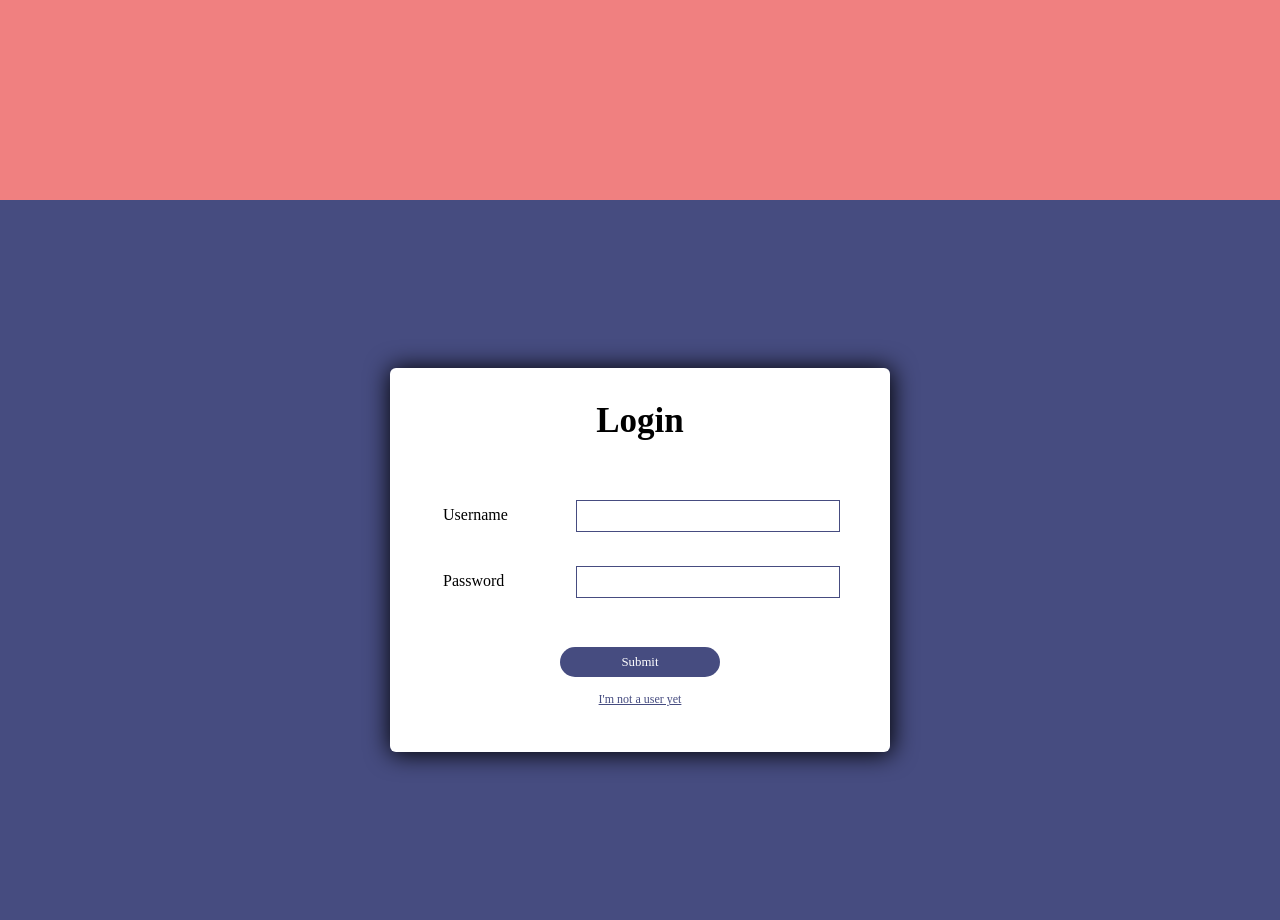
Repository: ivanmirandastavenuiter/jsp-raw-crud
Page: http://localhost/CH33TZ/index.jsp
An editor plug-in stored every save of this project. The page is shown before and after the next save, followed by the edit.
The browser window is 1280 px wide. The pictures show the whole page.
Some web fonts or font styles are not loaded; a fallback is used. The page is served by Tomcat 9. Other server files are loaded and not shown.

Above is the page before, as saved 2020-05-12 14:37:16.

### CH33TZ/WebContent/index.jsp
<%@ page language="java" contentType="text/html; charset=UTF-8"
    pageEncoding="UTF-8" %>
<%@ page import="java.sql.Statement" %>
<%@ page import="java.sql.ResultSet" %>
<%@ page import="java.sql.DriverManager" %>
<%@ page import="java.sql.Connection" %>
<%@ page import="java.sql.PreparedStatement" %>
<%@ page import="java.util.logging.Logger" %>
<%@ page import="java.util.Map, java.util.HashMap" %>
<%@ page import="java.util.Collection" %>
<%@ page import="java.util.Set" %>
<%@ page import="java.util.Set" %>
<%@ taglib uri = "http://java.sun.com/jsp/jstl/core" prefix = "c" %>
<!DOCTYPE html>
<html>
<head>
<meta charset="UTF-8">
<title>Login</title>
<link href="https://fonts.googleapis.com/css?family=Merriweather&display=swap" rel="stylesheet">
<script type="module" src="Validations/ValidationLogin.mjs"></script>
<style>

	body {
		background: #464c80;
		margin: 0;
		padding: 0;
		height: 100vh;
		width: 100vw;
		font-size: 62.5%; /* This is equivalent to 10px */
		font-family: 'Merriweather', serif;
	}

	div.main-container-div {
		height: 100%;
	}

	div.register-result-container {
		height: 200px;
		background: lightcoral;
	}

	div.main-content-div {
		height: 100%;
		display: flex;
		justify-content: center;
		align-items: center;
	}

	div.form-container-div {
		border-radius: 6px;
		background: #fff;
		width: 500px;
		box-shadow: 1px 1px 25px 1px #000;
	}

	div.form-container-div form {
		padding: 10px 30px 30px 30px;
		font-size: 1.6em;
	}

	div.form-container-div .login-div {
		padding: 10px;
		text-align: center;
		border-radius: 5px 5px 0 0;
	}

	div.user-not-found-div {
		width: 400px;
		margin: 0 auto;
		opacity: 0; /* To 1 */
		transition: opacity .5s linear;
		font-size: 1.6em;
		height: 0; /* To auto */
	}

	p.user-not-found {
		margin: 0 auto;
		padding: 0; /* To 5 */
		width: 63%;
		font-size: .7em;
		border: 1px solid #e21010;
		color: #e21010;
		text-align: center;
		height: 0; /* To auto */
	}

	div.form-container-div .login-div h1 {
		font-size: 3.5em;
	}

	/* Inside form-container-div */

	.inputs-group-div {
		padding: 15px;
	}

	.inputs-group-div .input-div {
		width: 400px;
		display: flex;
		justify-content: space-between;
		align-items: center;
		margin: 0 auto;
	}

	.inputs-group-div .input-div .form-input {
		width: 63%;
		height: 20px;
		font-family: inherit;
		font-size: .8em;
		outline: none;
		border: 1px solid #464c80;
		padding: 5px;
	}

	.inputs-group-div div[class$="wrong-validation-div"] {
		display: flex;
		justify-content: flex-end;
		width: 400px;
		margin: 0 auto;
		opacity: 0;
		transition: opacity .5s linear;
	}

	.inputs-group-div div[class$="wrong-validation-div"] p {
		width: 63%;
		padding: 5px;
		font-size: .7em;
		border: 1px solid #e21010;
		color: #e21010;
	}

	.inputs-group-div .input-div label {
		height: 20px;
		padding: 3px;
	}

	.inputs-group-div .input-div .submit-btn {
		font-family: inherit;
		font-size: .8em;
		margin: 15px auto 5px auto;
		width: 40%;
		padding: 5px;
		color: #fff;
		background: #464c80;
		border-radius: 20px;
		height: 30px;
		border: none;
		transition: background-color .3s linear;
		outline: none;
	}

	.inputs-group-div .register-link-div {
		text-align: center;
	}

	.inputs-group-div .register-link-div span {
		font-size: 0.75em;
		display: block;
		margin-top: 10px;
	}

	.inputs-group-div .register-link-div span a {
	  	color: #464c80 !important;
	}

	/* Buttons, boxes and links interactions */

	.inputs-group-div .input-div .submit-btn:hover {
		background:#666dad;
	}

	.inputs-group-div .input-div .submit-btn:active {
		background: #272b50;
		transition: none;
		border: 1.5px solid #bfc4fd;
	}

	.inputs-group-div .input-div .form-input:focus {
		background: #d1d8f1;
		border: 1px solid #000;
	}

	.inputs-group-div .form-input:-internal-autofill-selected {
		background-color: #d1d8f1 !important;
		border: 1px solid #000 !important;
	}

	.inputs-group-div .input-div .submit-btn:focus {
		background: #272b50;
		transition: none;
		border: 1.5px solid #bfc4fd;
	}

	.inputs-group-div .register-link-div span a:visited,
	.inputs-group-div .register-link-div span a:active {
		color: inherit;
	}

</style>
</head>
<body>

	<c:set var = "contextPath" value="${pageContext.request.contextPath}" />

	<%

		Logger logger = Logger.getLogger(com.ch33tz.logger.JspLogger.class.getName());

		if (request.getMethod().equals("POST") && !(boolean)request.getAttribute("errors")) {

			logger.info("Starting validation on target page.");
			logger.info("POST request detected on target page. Applying validation against input data.");

			//Validation of the user input
			String username = request.getParameter("username");
			String password = request.getParameter("pass");
			String contextPath = "/";
			boolean validation = true;

			try {

				username = username != null ? username.trim() : null;
				password = password != null ? password.trim() : null;

				if (username == null || username.isEmpty()
						|| password == null || password.isEmpty()) {

					logger.info("Errors detected on target page. Proceeding to generate errors");

					Cookie usernameCookieError = null;
					Cookie passwordCookieError = null;

					if (username == null || username.isEmpty()) {
						logger.warning("Bad input for username. Populating cookie");
						usernameCookieError = new Cookie("username", "username");
						usernameCookieError.setMaxAge(1);
						response.addCookie(usernameCookieError);
						validation = false;
					}

					if (password == null || password.isEmpty() ) {
						logger.warning("Bad input for password. Populating cookie");
						passwordCookieError = new Cookie("password", "password");
						passwordCookieError.setMaxAge(1);
						response.addCookie(passwordCookieError);
						validation = false;
					}

				}

			} catch (Exception e) {

				logger.severe("Exception thrown on validation: " + e.getMessage());

			}

			if (validation) {

				Connection conn = null;
				PreparedStatement stmt = null;
				ResultSet rs = null;

				Map <String, String> userData = new HashMap<String, String>();

				try {

					// Driver registration gets autoloaded on JDBC 4.0 compliant versions:

					// * mysql-connector-java-5.1.36.jar version or higher
					// * jdk 6 or higher

					// However, it only gets loaded after second request. At least, in JSP.
					// This sentence is equivalent to: Class.forName("com.mysql.cj.jdbc.Driver")
					DriverManager.getDrivers();

					String sql = "SELECT * FROM user WHERE usUse = ? AND usPas = ?";
					conn = DriverManager.getConnection("jdbc:mysql://localhost:3306/ch33tz", "root", "");
					stmt = conn.prepareStatement(sql, ResultSet.TYPE_SCROLL_INSENSITIVE, ResultSet.CONCUR_READ_ONLY);
					stmt.setString(1, username);
					stmt.setString(2, password);
					rs = stmt.executeQuery();

					if (rs.first()) {

						logger.info("User found: " + rs.getString("usUse") + ". Populating user data.");

						userData.put("id", Integer.toString(rs.getInt("usId")));
						userData.put("name", rs.getString("usNam"));
						userData.put("surname", rs.getString("usSur"));
						userData.put("username", rs.getString("usUse"));
						userData.put("email", rs.getString("usEma"));

						logger.info("Redirecting to welcome page...");

						request.getSession().setAttribute("user", userData);
						response.sendRedirect(request.getContextPath() + "/JSP/welcome.jsp");

					} else {
						logger.warning("User not found. Populating cookie");
						logger.info("Returning to login form.");
						Cookie userNotFoundCookie = new Cookie("error", "user-not-found");
						userNotFoundCookie.setMaxAge(1);
						response.addCookie(userNotFoundCookie);
					}

				} catch (Exception e) {

					logger.severe("Main exception: " + e.getMessage());

				} finally {

					try {

						if (rs != null) {
							rs.close();
						}

						if (stmt != null) {
							stmt.close();
						}

						if (conn != null) {
							conn.close();
						}

					} catch(Exception e) {

						logger.severe("Nested exception: " + e.getMessage());

					}

				}

			}

		}

	%>

	<!-- Main container -->
	<div class="main-container-div">

		<!-- Errors container -->
		<div class="register-result-container">
			<c:if test="${ not empty message}">
				<p>${message}</p>
				<c:remove var="message" />
			</c:if>
		</div>

		<!-- Main content -->
		<div class="main-content-div">

			<div class="form-container-div">

				<!-- Login div -->
				<div class="login-div">
					<h1>Login</h1>
				</div>

				<!-- User not found div -->
				<div class="user-not-found-div">
					<p class="user-not-found"></p>
				</div>

				<!-- Form -->
				<form name="loginForm" method="post">

					<div class="inputs-group-div">

						<!-- Input items -->
						<div class="input-div">
							<label for="username">Username</label>
							<input class="form-input" type="text" name="username"/>
						</div>

						<div class="username-wrong-validation-div">
							<p class="username-wrong-validation"></p>
						</div>

						<div class="input-div">
							<label for="pass">Password</label>
							<input class="form-input" type="password" name="pass"/>
						</div>

						<div class="password-wrong-validation-div">
							<p class="password-wrong-validation"></p>
						</div>

						<div class="input-div">
							<input class="submit-btn" type="submit" value="Submit"/>
						</div>

						<div class="register-link-div">
							<span><a href="register.jsp">I'm not a user yet</a></span>
						</div>

					</div>

				</form>

			</div>

		</div>

	</div>



</body>
</html>

### CH33TZ/WebContent/Validations/ValidationLogin.mjs
/**
 * Name: ValidationLogin
 *
 * Author: Ivan Miranda Stavenuiter
 * MKNA
 *
 */

import { ValidationException } from '../Exceptions/ValidationException.mjs';
import { ValidationFormException } from '../Exceptions/ValidationFormException.mjs';

document.addEventListener("DOMContentLoaded", function() {

	var availableCookies = document.cookie;

	var loginForm = document.getElementsByName("loginForm")[0];
	var submit = false;
	var validation = true;

	var username = document.getElementsByName("username")[0];
	var pass = document.getElementsByName("pass")[0];
	var wrongUsernameNode = document.getElementsByClassName("username-wrong-validation")[0];
	var wrongPassNode = document.getElementsByClassName("password-wrong-validation")[0];
	var inputNodes = document.getElementsByClassName("form-input");

	var inputsMap = new Map();
	inputsMap.set(username, wrongUsernameNode)
			 .set(pass, wrongPassNode);

	// Main function on submit
	loginForm.onsubmit = function(e) {

		e.preventDefault();

		try {

			validation = true;
			inputsMap.forEach(validateInputs);

			if (!validation) {
				return false;
			} else {
				this.submit();
			}

		} catch (err) {

			console.log('Exception thrown by parent try/catch block: ');
			console.log('Name: ' + err.name);
			console.log('Description: ' + err.message);
			console.log('Stack: ' + err.stack);

		}

	};

	// Function triggered on submit
	function validateInputs(value, key, map) {

		try {

			submit = true;

			if (key.name === 'username' && key.value.trim() === '') {

				throw new ValidationFormException(ValidationException.WARNING,
												  ValidationException.USERNAME_EMPTY_FIELD,
												  value);

			} else if (key.name === 'pass' && key.value.trim() === '') {

				throw new ValidationFormException(ValidationException.WARNING,
												  ValidationException.PASSWORD_EMPTY_FIELD,
												  value);

			}

		} catch(validationFormException) {

			if (validationFormException instanceof ValidationFormException) {
				validationFormException.handleLoginErrorOnSubmit();
				validation = false;
			} else {
				throw validationFormException;
			}

		}

	}

	// This check values after submit
	function validateInputsAfterSubmit(value, key, map) {

		key.onkeyup = function() {

			try {

				let resetNode = (value) => {
					value.innerText = '';
					value.parentElement.style.transition = 'none';
					value.parentElement.style.opacity = 0;
				}

				if (submit) {

					let descriptionType = value.className.substring(0,4);

					if (descriptionType === 'user') {

						if (key.value.trim().length > 0) {
							resetNode(value);
						} else {
							throw new ValidationFormException(ValidationException.WARNING,
															  ValidationException.USERNAME_EMPTY_FIELD,
															  value);
						}

					}

					if (descriptionType === 'pass') {

						if (key.value.trim().length > 0) {
							resetNode(value);
						} else {
							throw new ValidationFormException(ValidationException.WARNING,
															  ValidationException.PASSWORD_EMPTY_FIELD,
															  value);
						}

					}

				}

			} catch(validationFormException) {

				if (validationFormException instanceof ValidationFormException) {
					validationFormException.handleLoginErrorAfterSubmit();
					validation = false;
				} else {
					throw validationFormException;
				}

			}

		}
	}

	inputsMap.forEach(validateInputsAfterSubmit);

	// Control errors from server if detected
	var controlErrorsFromServer = () => {

		try {

			let errorsArray = [];
			let usernameWrongMessageNode = document.querySelector("p.username-wrong-validation");
			let passwordWrongMessageNode = document.querySelector("p.password-wrong-validation");
			let userNotFoundMessageNode = document.querySelector("p.user-not-found");

			submit = true;

			errorsArray.push(getCookie('username'));
			errorsArray.push(getCookie('password'));
			errorsArray.push(getCookie('error'));

			var errorsList = (value, key, map) => {

				try {

					if (value.trim() === "username") {

						throw new ValidationFormException(ValidationException.WARNING,
								  ValidationException.USERNAME_EMPTY_FIELD,
								  usernameWrongMessageNode);

					}

					if (value.trim() === "password") {

						throw new ValidationFormException(ValidationException.WARNING,
								  ValidationException.PASSWORD_EMPTY_FIELD,
								  passwordWrongMessageNode);

					}

					if (value.trim() === "user-not-found") {

						throw new ValidationFormException(ValidationException.WARNING,
								  ValidationException.USER_NOT_FOUND,
								  userNotFoundMessageNode);

					}

				} catch(validationFormException){
					if (validationFormException instanceof ValidationFormException) {
						if (value.trim() === "user-not-found") {
							validationFormException.handleUserNotFoundError();
						} else {
							validationFormException.handleLoginErrorAfterSubmit();
						}
					} else {
						throw validationFormException;
					}

				}

			}

			errorsArray.forEach(errorsList);

		} catch(err) {

			console.log('Exception thrown while performing control over server data.');
			console.log('Name: ' + err.name);
			console.log('Description: ' + err.message);
			console.log('Stack: ' + err.stack);

		}

	}

	// Snippet to get cookies by name
	var getCookie = (cookieName) => {

		let cookieNameStartingIndex = availableCookies.indexOf(cookieName);
		let cookieValueStartingIndex = cookieNameStartingIndex + cookieName.length + 1;
		let charIndex = cookieValueStartingIndex;
		let endIndex = availableCookies.length;
		let cookieValue = '';

		if (cookieNameStartingIndex != -1) {

			while(availableCookies.charAt(charIndex) != ";" && charIndex != endIndex) {
				cookieValue += availableCookies.charAt(charIndex);
				charIndex++;
			}

			return cookieValue.trim();

		} else {

			return 'Cookie not found';

		}

	}

	// If cookies detected, validation thrown
	if (availableCookies != undefined && availableCookies != '') {
		controlErrorsFromServer();
	}

});

### CH33TZ/WebContent/Exceptions/ValidationException.mjs
/**
 * Name: ValidationException
 *
 * Author: Ivan Miranda Stavenuiter
 * MKNA
 *
 */

export class ValidationException extends Error {

	constructor(message) {
		super(message);
	}

	// Messages for exceptions
	static get WARNING() { return 'There has been an error on the validation process' };

	static get NAME_EMPTY_FIELD() { return 'Name field cannot be empty' };
	static get SURNAME_EMPTY_FIELD() { return 'Surname field cannot be empty' };
	static get USERNAME_EMPTY_FIELD() { return 'Username field cannot be empty' };
	static get PHONE_EMPTY_FIELD() { return 'Phone field cannot be empty' };
	static get EMAIL_EMPTY_FIELD() { return 'Email field cannot be empty' };
	static get PASSWORD_EMPTY_FIELD() { return 'Password field cannot be empty' };
	static get CONFIRM_EMPTY_FIELD() { return 'Confirm field cannot be empty' };
	static get PHONE_NOT_MATCH() { return 'Phone does not match requirements' };
	static get EMAIL_NOT_MATCH() { return 'Email does not match requirements' };
	static get USERNAME_EXISTS() { return 'Username already exists' };
	static get EMAIL_EXISTS() { return 'Email already exists' };
	static get PHONE_EXISTS() { return 'Phone already exists' };
	static get PASSWORD_NOT_MATCH() { return 'Password does not match requirements: one lowercase, one uppercase, one number and one special character. 8 characters length' };
	static get PASSWORD_NOT_EQUAL() { return 'Passwords don\'t match' };
	static get USER_NOT_FOUND() { return 'User not found in the database' };

}

### CH33TZ/WebContent/Exceptions/ValidationFormException.mjs
/**
 * Name: ValidationFormException
 *
 * Author: Ivan Miranda Stavenuiter
 * MKNA
 *
 */

import { ValidationException } from './ValidationException.mjs';

export class ValidationFormException extends ValidationException {

	constructor(message, description, htmlNode) {
		super(message);
		this.name = 'ValidationFormError';
		this.description = description;
		this.htmlNode = htmlNode;
	}

	handleRegisterErrorOnSubmit() {

		let inputContainerNode = this.htmlNode;
		let spanErrorTag = inputContainerNode.children[0].children[0];

		spanErrorTag.innerText = this.description;
		inputContainerNode.style.opacity = 1;

	}

	handleRegisterErrorAfterSubmit() {

		let inputContainerNode = this.htmlNode;
		let spanErrorTag = inputContainerNode.children[0].children[0];

		spanErrorTag.innerText = this.description;
		inputContainerNode.style.transition = 'opacity .5s linear';
		inputContainerNode.style.opacity = 1;

	}

	handleLoginErrorOnSubmit() {

		let wrongMessageNode = this.htmlNode;

		wrongMessageNode.innerText = this.description;
		wrongMessageNode.parentElement.style.opacity = 1;

	}

	handleLoginErrorAfterSubmit() {

		let wrongMessageNode = this.htmlNode;

		wrongMessageNode.parentElement.style.transition = 'opacity .5s linear';
		wrongMessageNode.parentElement.style.opacity = 1;
		wrongMessageNode.innerText = this.description;

	}

	handleUserNotFoundError() {

		let wrongMessageNode = this.htmlNode;

		wrongMessageNode.parentElement.style.transition = 'opacity .5s linear';
		wrongMessageNode.parentElement.style.opacity = 1;
		wrongMessageNode.parentElement.style.height = 'auto';
		wrongMessageNode.innerText = this.description;
		wrongMessageNode.style.padding = '5px';
		wrongMessageNode.style.height = 'auto';

	}

}

After the next save:
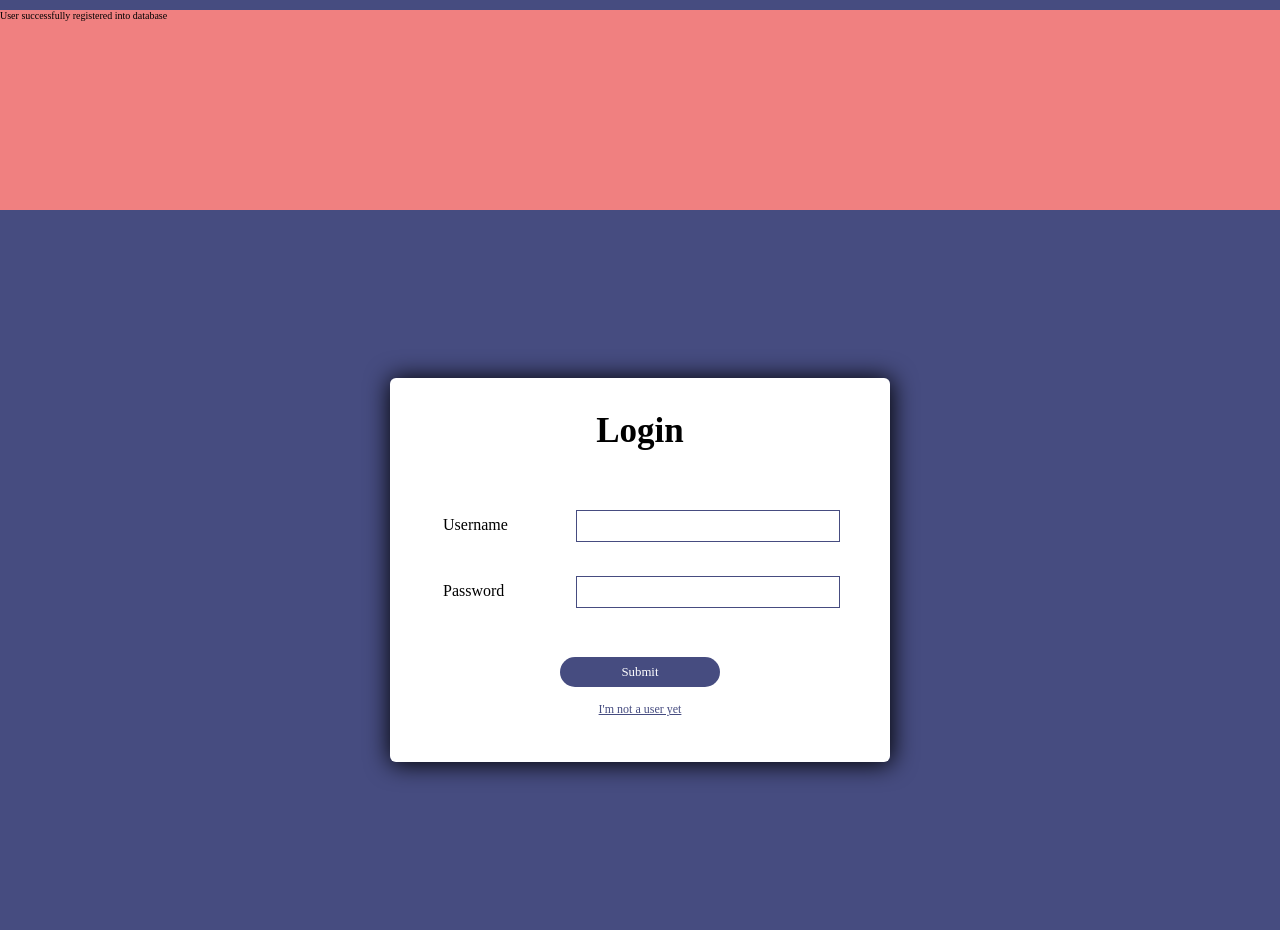
Saved 117 s later.
--- a/CH33TZ/WebContent/index.jsp
+++ b/CH33TZ/WebContent/index.jsp
@@ -342,10 +342,13 @@
 
 		<!-- Errors container -->
 		<div class="register-result-container">
-			<c:if test="${ not empty message}">
-				<p>${message}</p>
-				<c:remove var="message" />
-			</c:if>
+			<div class="register-result-message">
+				<p>User successfully registered into database</p>
+				<c:if test="${ not empty message}">
+					<p>${message}</p>
+					<c:remove var="message" />
+				</c:if>
+			</div>
 		</div>
 
 		<!-- Main content -->
